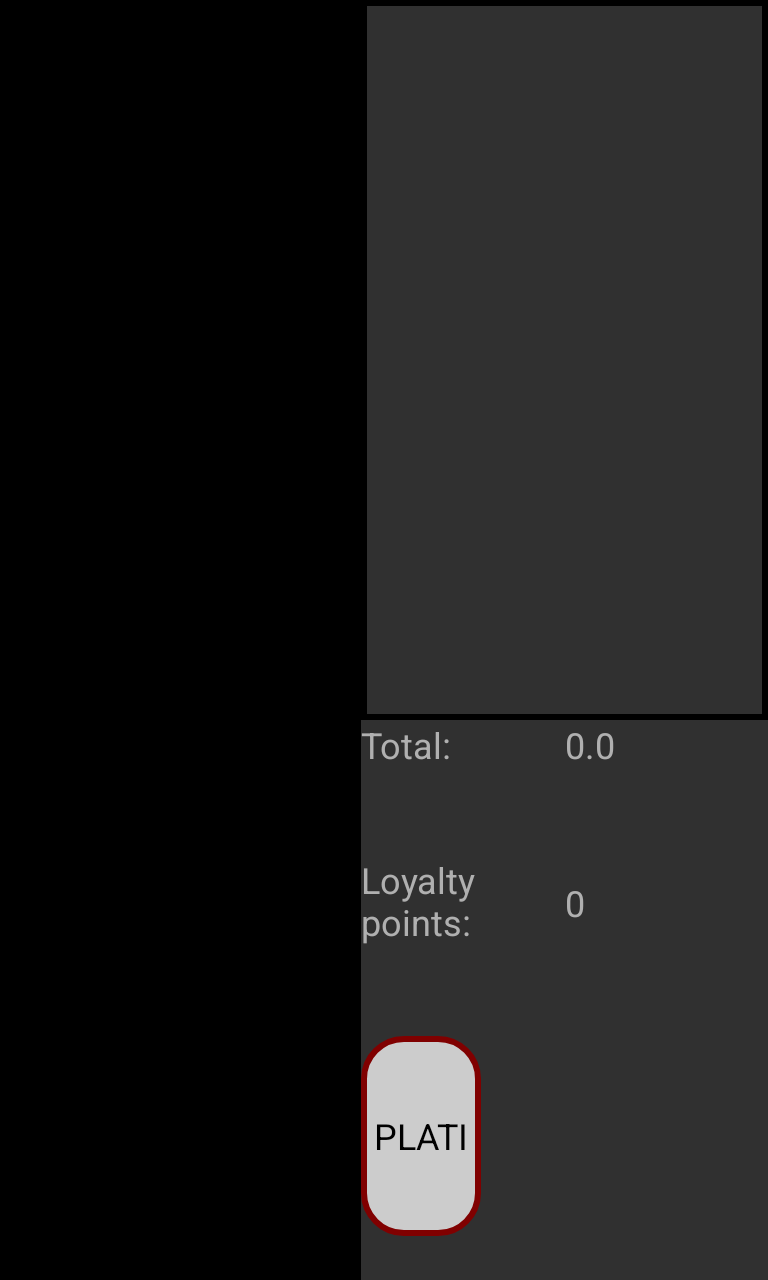
Repository: dzenisahusic/AndroidApp
Layout: Edit2014Sales/res/layout/fragment_kasa.xml
The author's editor kept a copy of each file at every save. The layout is drawn from the files as they stood at one save, then again after the next save.
It is drawn on a 768 x 1280 px phone screen (xhdpi) without system bars, with theme AppTheme; the app's code is not run. Lists and similar views that code fills are empty.

Above is the layout before, as saved 2014-07-15 18:46:00.

### Edit2014Sales/res/layout/fragment_kasa.xml
<RelativeLayout xmlns:android="http://schemas.android.com/apk/res/android"
    xmlns:tools="http://schemas.android.com/tools"
    android:id="@+id/layoutKasa"
    android:layout_width="match_parent"
    android:layout_height="fill_parent"
    tools:context="${relativePackage}.${activityClass}" >

    <RelativeLayout
        android:layout_width="match_parent"
        android:layout_height="match_parent"
        android:layout_alignParentBottom="true"
        android:layout_alignParentLeft="true"
        android:layout_alignParentRight="true"
        android:layout_alignParentTop="true"
        >

        <!-- Glavni layout -->
        <LinearLayout
            android:layout_width="fill_parent"
            android:layout_height="fill_parent"
            android:layout_weight="6"
            android:shape="rectangle"
            android:color="#000000"
            android:layout_alignParentLeft="true"
            android:layout_alignParentTop="true"
            android:background="#000000" >

            <!-- Desni layout -->

            <LinearLayout
                android:layout_width="238dp"
                android:layout_height="fill_parent"
                android:layout_weight="3"

                android:orientation="vertical"
                >

                <ListView android:id="@+id/list"
                                    android:layout_width="fill_parent"
                                    android:layout_height="fill_parent"
                                    />


            </LinearLayout>

            <!-- Lijevi layout -->
            <LinearLayout
                android:layout_width="261dp"
                android:layout_height="fill_parent"
                android:background="#303030"
                android:orientation="vertical"
                android:layout_weight="3" >

                                <!-- Gornji layout -->

                <LinearLayout
                    android:layout_width="fill_parent"
                    android:layout_height="184dp"
                    android:layout_weight="2"

                    android:orientation="vertical"
                     android:background="@drawable/krug"
                     >

                    <ListView android:id="@+id/list_racun"
    android:layout_width="fill_parent"
    android:layout_height="fill_parent"
    android:divider="#FFFFFF"

        							android:dividerHeight="4px"/>

                </LinearLayout>

                                <!-- Donji layout -->

                <LinearLayout
                    android:layout_width="fill_parent"
                    android:layout_height="wrap_content"
                    android:layout_weight="1"
                    android:background="#303030"
                    android:orientation="horizontal" >

                    <LinearLayout
                        android:layout_width="fill_parent"
                        android:layout_height="match_parent"
                        android:layout_weight="0.5"
                        android:background="#303030"
                        android:orientation="vertical" >

                        <LinearLayout
                            android:layout_width="match_parent"
                            android:layout_height="wrap_content"
                            android:layout_weight="0.24"
                            android:orientation="vertical" >

                            <TextView
                                android:id="@+id/textTotal"
                                android:layout_width="wrap_content"
                                android:layout_height="wrap_content"
                                android:textColor="#B0B0B0"
                                android:text="Total:"
                                android:clickable="true"
                                 android:onClick = "onClickmyTextView"
                                android:textAppearance="?android:attr/textAppearanceMedium" />

                        </LinearLayout>

                        <LinearLayout
                            android:layout_width="match_parent"
                            android:layout_height="wrap_content"
                            android:layout_weight="0.25"
                            android:orientation="vertical" >

                            <TextView
                                android:id="@+id/textLoyalty"
                                android:layout_width="wrap_content"
                                android:layout_height="wrap_content"
                                android:textColor="#B0B0B0"
                                android:text="Loyalty points:"
                                android:textAppearance="?android:attr/textAppearanceMedium" />

                        </LinearLayout>

                    </LinearLayout>

                     <LinearLayout
                         android:layout_width="fill_parent"
                         android:layout_height="match_parent"
                         android:layout_weight="0.5"
                         android:background="#303030"
                         android:orientation="vertical" >

                         <LinearLayout
                             android:layout_width="match_parent"
                             android:layout_height="wrap_content"
                             android:layout_weight="0.25"
                             android:textColor="#B0B0B0"
                             android:orientation="vertical" >

                             <TextView
                                 android:id="@+id/total"
                                 android:layout_width="wrap_content"
                                 android:layout_height="wrap_content"
                                 android:text="0.0"
                                 android:textColor="#B0B0B0"
                                 android:textAppearance="?android:attr/textAppearanceMedium" />

                         </LinearLayout>

                         <LinearLayout
                             android:layout_width="match_parent"
                             android:layout_height="wrap_content"
                             android:layout_weight="0.25"
                             android:orientation="vertical" >

                             <TextView
                                 android:id="@+id/loyalty"
                                 android:layout_width="wrap_content"
                                 android:layout_height="wrap_content"
                                 android:textColor="#B0B0B0"
                                 android:text="0"
                                 android:textAppearance="?android:attr/textAppearanceMedium" />

                         </LinearLayout>


                    </LinearLayout>



                </LinearLayout>

  <LinearLayout
                             android:layout_width="match_parent"
                             android:layout_height="wrap_content"
                             android:layout_weight="0.25"
                             android:orientation="horizontal" >

                           <Button
                    android:id="@+id/plati"
                    android:layout_width="60dp"
                    android:layout_height="100dp"
                    android:text="PLATI"
                    android:background="@drawable/rounded_corner_top"/>

                         </LinearLayout>
            </LinearLayout>

        </LinearLayout>

    </RelativeLayout>

</RelativeLayout>

### Edit2014Sales/res/values/styles.xml
<resources>

    <!--
        Base application theme, dependent on API level. This theme is replaced
        by AppBaseTheme from res/values-vXX/styles.xml on newer devices.
    -->
    <style name="AppBaseTheme" parent="android:Theme.Light">
        <!--
            Theme customizations available in newer API levels can go in
            res/values-vXX/styles.xml, while customizations related to
            backward-compatibility can go here.
        -->
    </style>

    <!-- Application theme. -->
    <style name="AppTheme" parent="AppBaseTheme">
        <!-- All customizations that are NOT specific to a particular API-level can go here. -->
    </style>
 <style name="Animations" />

    <style name="Animations.PopDownMenu" />

    <style name="Animations.PopDownMenu.Left">
        <item name="@android:windowEnterAnimation">@anim/grow_from_topleft_to_bottomright</item>
        <item name="@android:windowExitAnimation">@anim/shrink_from_bottomright_to_topleft</item>
    </style>


    <style name="Animations.PopUpMenu" />

    <style name="Animations.PopUpMenu.Left">
        <item name="@android:windowEnterAnimation">@anim/grow_from_bottomleft_to_topright</item>
        <item name="@android:windowExitAnimation">@anim/shrink_from_topright_to_bottomleft</item>
    </style>
</resources>

### Edit2014Sales/res/drawable-hdpi/krug.xml
<?xml version="1.0" encoding="UTF-8"?>

  <shape xmlns:android="http://schemas.android.com/apk/res/android" android:shape="rectangle">
  <stroke
        android:width="3dp"
        android:color="#000000" >
    </stroke>
</shape>

### Edit2014Sales/res/drawable-hdpi/rounded_corner_top.xml
<?xml version="1.0" encoding="UTF-8"?>

  <shape xmlns:android="http://schemas.android.com/apk/res/android" android:shape="rectangle">
  <corners android:radius="20dp"/>
  <solid android:color="#CCCCCC"/>
  <stroke
        android:width="3dp"
        android:color="#800000" >
    </stroke>
</shape>

Loaded but not shown: Edit2014Sales/res/values-v11/styles.xml (common file); Edit2014Sales/res/values-v14/styles.xml (common file)

After the next save:
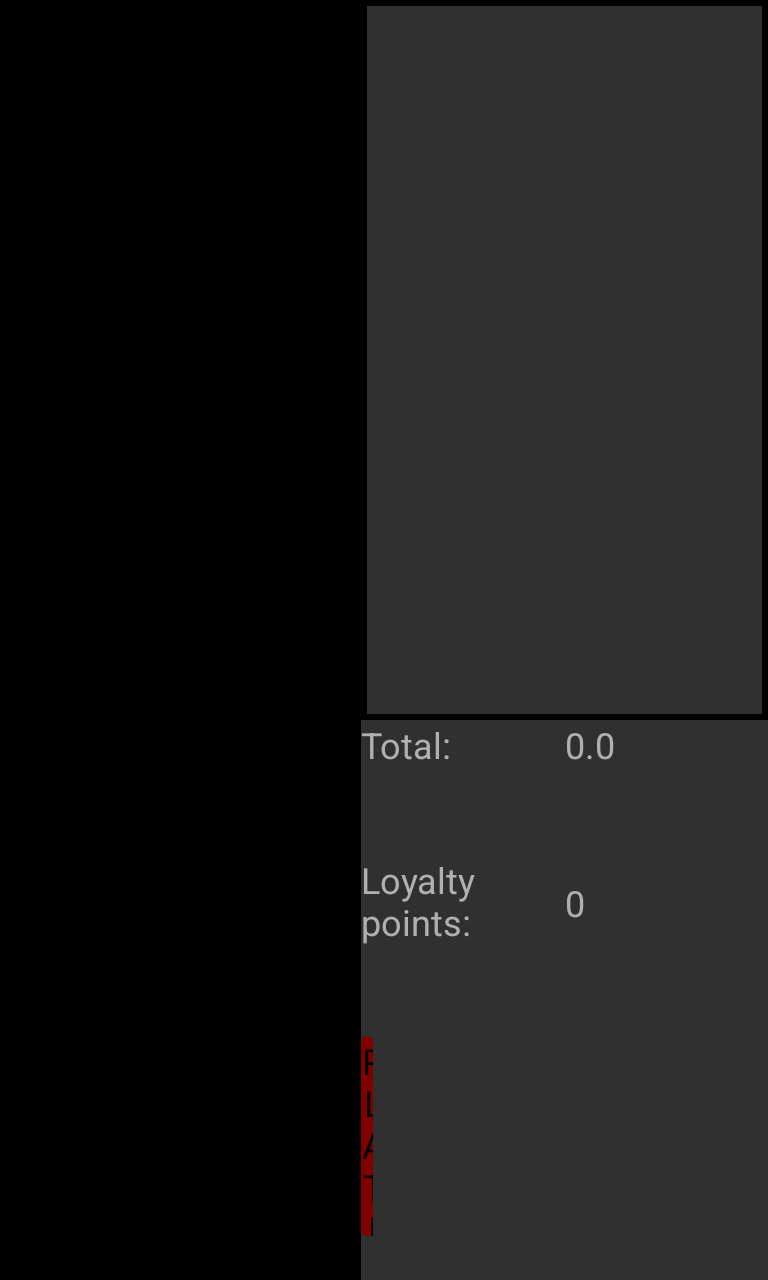
Saved 30 s later.
--- a/Edit2014Sales/res/layout/fragment_kasa.xml
+++ b/Edit2014Sales/res/layout/fragment_kasa.xml
@@ -178,7 +178,7 @@
 
                            <Button
                     android:id="@+id/plati"
-                    android:layout_width="60dp"
+                    android:layout_width="6dp"
                     android:layout_height="100dp"
                     android:text="PLATI"
                     android:background="@drawable/rounded_corner_top"/>
